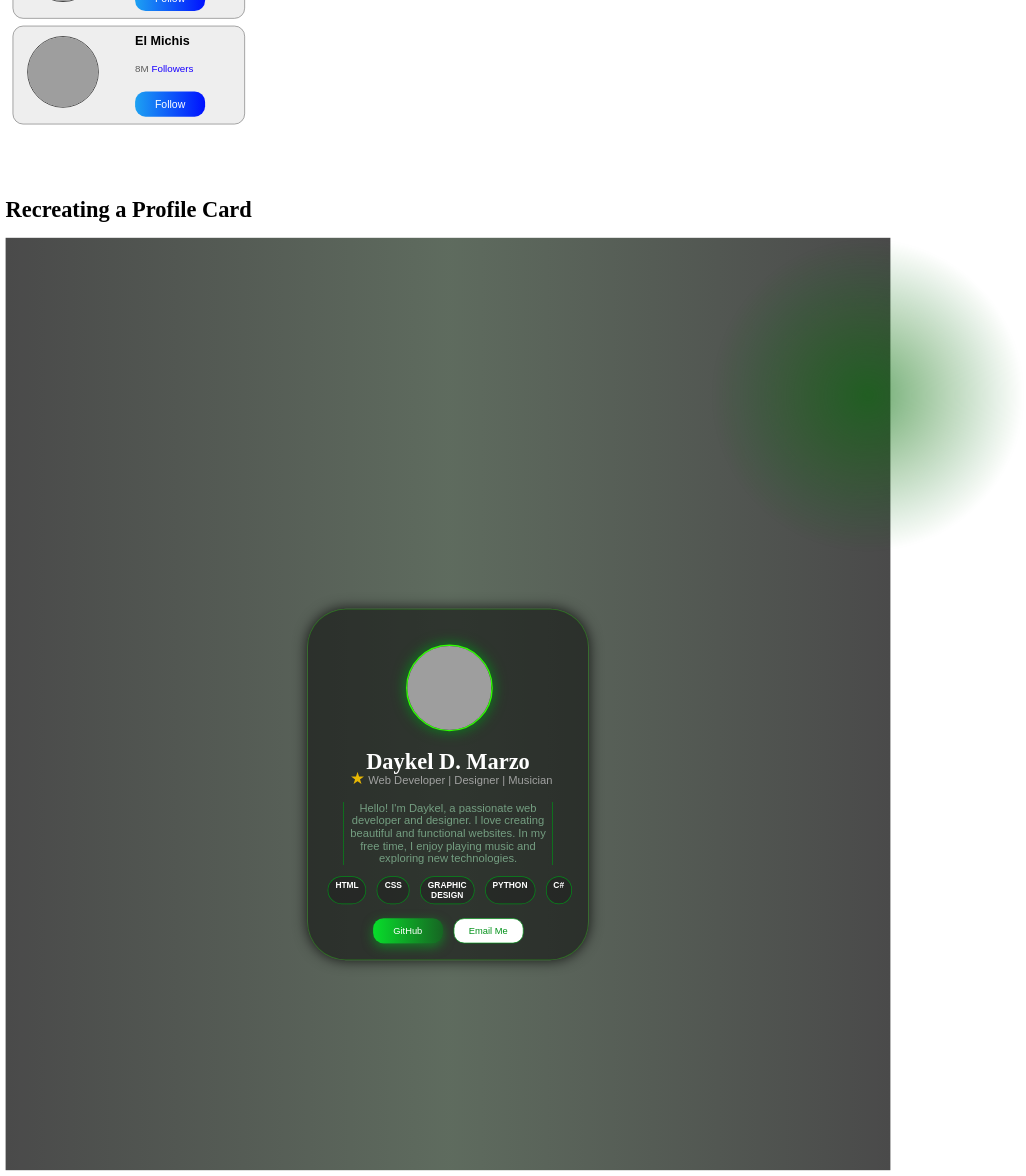
Repository: Yeyolive/WebDev_Collab_2025
Page: Basic_Projects/HTML-CSS course/into-to-html/index.html
An editor plug-in stored every save of this project. The page is shown before and after the next save, followed by the edit.
The browser window is 1280 px wide. The page is 1465 px wide, so the pictures cover 1465 px, including what lies to the right of the window. The pictures show the part of the page from y = 3934 to 5614 px (the page is 5614 px tall), at 70% of full size.
Pictures or frames that could not be fetched are drawn as grey boxes.

Above is the page before, as saved 2025-11-26 00:35:26.

After the next save:
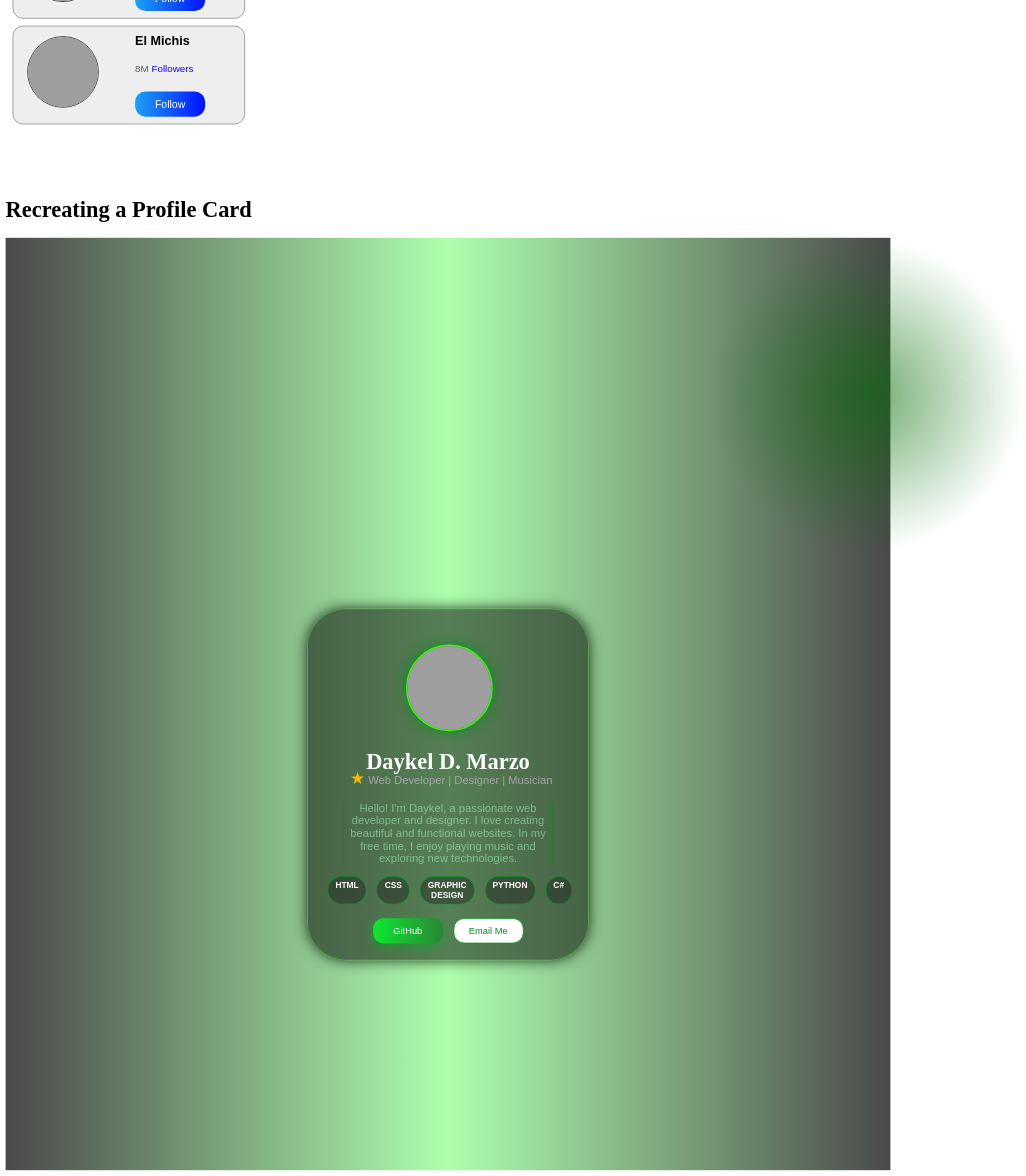
Saved 14 s later.
--- a/Basic_Projects/HTML-CSS course/into-to-html/styles.css
+++ b/Basic_Projects/HTML-CSS course/into-to-html/styles.css
@@ -523,7 +523,7 @@ span {
   background: linear-gradient(
     to right,
     rgba(0, 0, 0, 0.711),
-    rgba(7, 27, 7, 0.647),
+    rgba(0, 255, 0, 0.323),
     rgba(0, 0, 0, 0.711)
   );
   padding: 300px;
